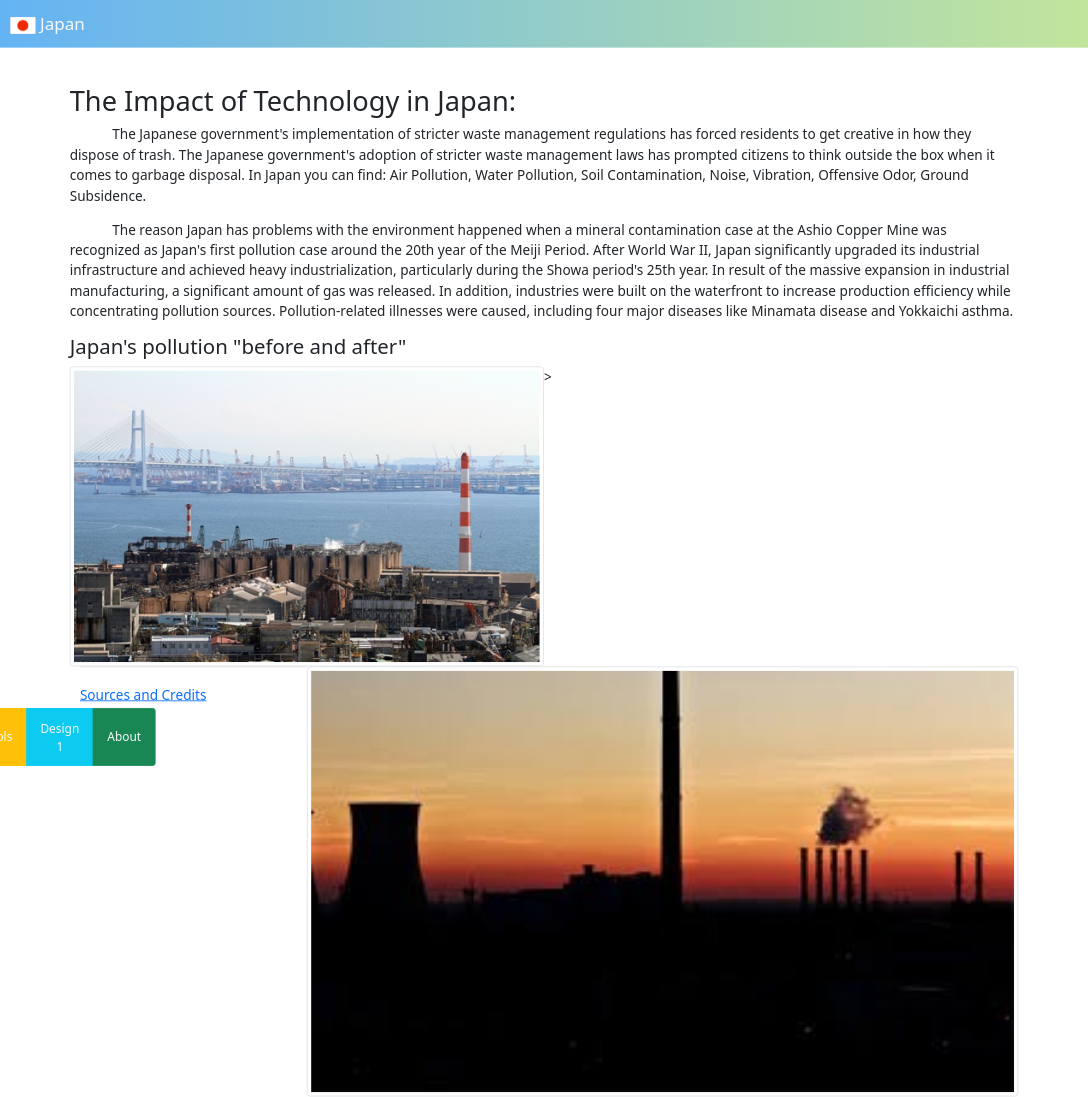
Repository: mrchilliballs/mrchilliballs.github.io
Page: untitled-2.html
These files come from the project's save history. The page is drawn as it stood at one moment and after a run of saves; the edit follows.
The browser window is 1280 px wide. The pictures show the whole page, at 85% of full size.

Above is the page before, as saved 2021-09-02 19:06:48.

### untitled-2.html
<!DOCTYPE html>
<html lang="en">
<head>
    <meta charset="UTF-8">
    <meta http-equiv="X-UA-Compatible" content="IE=edge">
    <!-- CSS only -->
<link href="https://cdn.jsdelivr.net/npm/bootstrap@5.1.0/dist/css/bootstrap.min.css" rel="stylesheet" integrity="sha384-KyZXEAg3QhqLMpG8r+8fhAXLRk2vvoC2f3B09zVXn8CA5QIVfZOJ3BCsw2P0p/We" crossorigin="anonymous">
    <meta name="viewport" content="width=device-width, initial-scale=1.0">
    <title>Document</title>
    <style>
@keyframes AnimationName {
    0%{background-position:0% 50%}
    50%{background-position:100% 50%}
    100%{background-position:0% 50%}
}
#navabr {
    animation: AnimationName 1s ease infinite !important;
    background: #c2e59c;  /* fallback for old browsers */
    background: -webkit-linear-gradient(to right, #64b3f4, #c2e59c);  /* Chrome 10-25, Safari 5.1-6 */
    background: linear-gradient(to right, #64b3f4, #c2e59c); /* W3C, IE 10+/ Edge, Firefox 16+, Chrome 26+, Opera 12+, Safari 7+ */
}
    </style>
</head>
<body>
    <nav class="navbar navbar-light bg-light fixed-top" id="navabr">
        <div class="container-fluid">
          <a class="navbar-brand" href="#">
            <img src="japan.gif" alt="" width="30" height="20 class="d-inline-block align-text-top">
            <span class="text-light">Japan</span>
          </a>
        </div>
      </nav>
    <main class="container">
<h2 style="margin-top: 100px;">The Impact of Technology in Japan:</h2>
	<p style="text-indent: 50px;">The Japanese government's implementation of stricter waste management regulations has forced residents to get creative in how they dispose of trash. The Japanese government's adoption of stricter waste management laws has prompted citizens to think outside the box when it comes to garbage disposal. In Japan you can find: Air Pollution, Water Pollution, Soil Contamination, Noise, Vibration, Offensive Odor, Ground Subsidence.
	<br></p><p style="text-indent: 50px;">The reason Japan has problems with the environment happened when a mineral contamination case at the Ashio Copper Mine was recognized as Japan's first pollution case around the 20th year of the Meiji Period. After World War II, Japan significantly upgraded its industrial infrastructure and achieved heavy industrialization, particularly during the Showa period's 25th year. In result of the massive expansion in industrial manufacturing, a significant amount of gas was released. In addition, industries were built on the waterfront to increase production efficiency while concentrating pollution sources. Pollution-related illnesses were caused, including four major diseases like Minamata disease and Yokkaichi asthma.
    </p>
    <h4>Japan's pollution "before and after"</h4>
    <img src="Picture1.jpg" class="rounded img-thumbnail img-fluid float-start" alt="..." height="50%" width="50%">
    ><img src="Picture2.jpg" class="rounded img-thumbnail img-fluid float-end" alt="..." height="75%" width="75%">
    <div style="margin-bottom: 15rem;"></div>
        <div class="container">
            <footer class="d-flex flex-wrap justify-content-between align-items-center py-3 my-4 border-top" style="">
              <div class="dropdown">
                <a class="" href="#" role="button" id="dropdownMenuLink" data-bs-toggle="dropdown" aria-expanded="false">
                  Sources and Credits
                </a>

                <ul class="dropdown-menu" aria-labelledby="dropdownMenuLink">
                  <li><a class="dropdown-item" href="https://www.world-weather-travellers-guide.com/air-pollution-in-japan.htm">Source 1</a></li>
                  <li><a class="dropdown-item" href="https://www.nytimes.com/1964/12/26/archives/tokyo-troubled-by-air-pollution-emphasis-in-smog-control-is-still.html">Source 2</a></li>
                  <li><a class="dropdown-item" href="https://creativecommons.org/licenses/by-nc/2.0/s">Source 3</a></li>
                  <li><a class="dropdown-item" href="https://encyclopedia.1914-1918 online.net/article/science_and_technology_japan ">Source 4</a></li>
                  <li><a class="dropdown-item" href="https://en.wikipedia.org/wiki/Tokyo">Source 5</a></li>
                  <li><a class="dropdown-item" href="https://en.wikipedia.org/wiki/Meiji_Restoration ">Source 6</a></li>
                </ul>
              </div>
              <a href="/" class="col-md-4 d-flex align-items-center justify-content-center mb-3 mb-md-0 me-md-auto link-dark text-decoration-none">
                <svg class="bi me-2" width="40" height="32"><use xlink:href="#bootstrap"></use></svg>
              </a>

              <ul class="nav col-md-4 justify-content-end">
                <div class="btn-group" role="group" aria-label="Basic mixed styles example">
                    <button type="button" class="btn btn-danger btn-sm"><li class="nav-item"><a href="#" class="nav-link px-2 text-light">Home</a></li></button>
                    <button type="button" class="btn btn-warning btn-sm"><li class="nav-item"><a href="https://www3.dadeschools.net" class="nav-link px-2 text-light">Dadeschools</a></li></button>
                    <button type="button" class="btn btn-info btn-sm"><li class="nav-item"><a href="index.html" class="nav-link px-2 text-light">Design 1</a></li></button>
                    <button type="button" class="btn btn-success btn-sm"><li class="nav-item"><a class="nav-link px-2 text-light" href="#" role="button" id="dropdownMenuLink" data-bs-toggle="dropdown" aria-expanded="false">About</a><ul class="dropdown-menu" aria-labelledby="dropdownMenuLink1">
                      <li class="dropdown-item">We made this website using the program language "HTML". It took us a lot of work and we hope we get a good grade on this because we did our best on this website.</li>
                    </ul></li>
                    </button>
                  </div>
              </ul>
            </footer>
          </div>
          <!-- JavaScript Bundle with Popper -->
<script src="https://cdn.jsdelivr.net/npm/bootstrap@5.1.0/dist/js/bootstrap.bundle.min.js" integrity="sha384-U1DAWAznBHeqEIlVSCgzq+c9gqGAJn5c/t99JyeKa9xxaYpSvHU5awsuZVVFIhvj" crossorigin="anonymous"></script>
    </main>
</body>
</html>

After the next 2 saves:
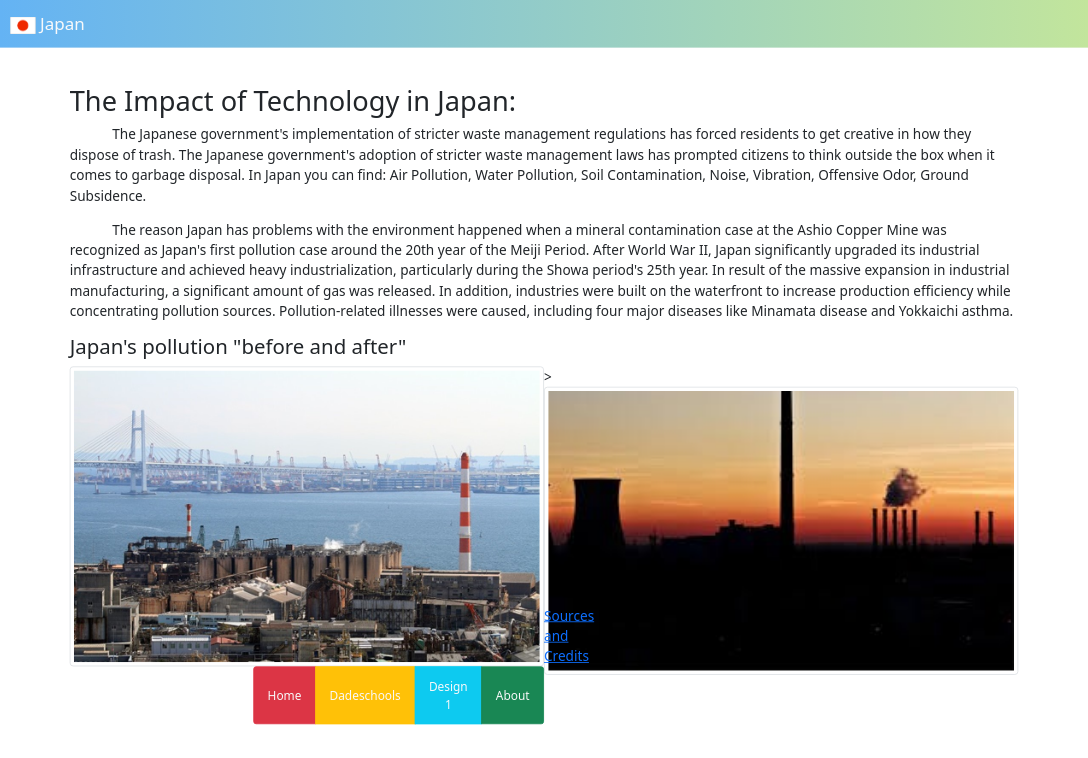
The 2 saves are shown as one change because they came seconds apart.
The last was saved 10 s later.
--- a/untitled-2.html
+++ b/untitled-2.html
@@ -37,7 +37,7 @@
     </p>
     <h4>Japan's pollution "before and after"</h4>
     <img src="Picture1.jpg" class="rounded img-thumbnail img-fluid float-start" alt="..." height="50%" width="50%">
-    ><img src="Picture2.jpg" class="rounded img-thumbnail img-fluid float-end" alt="..." height="75%" width="75%">
+    ><img src="Picture2.jpg" class="rounded img-thumbnail img-fluid float-end" alt="..." height="50%" width="50%">
     <div style="margin-bottom: 15rem;"></div>
         <div class="container">
             <footer class="d-flex flex-wrap justify-content-between align-items-center py-3 my-4 border-top" style="">
